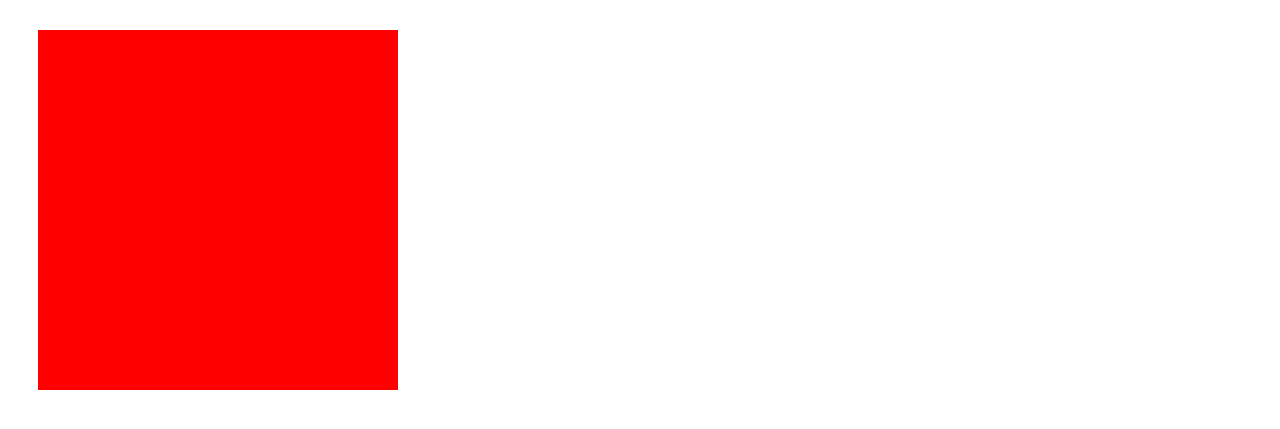
Repository: 825814/caravan2
Page: sample/sample.html
The author's editor kept a record of every edit. The page is drawn from the files as they stood at one moment, then again after the next edit.
The browser window is 1280 px wide. The pictures show the whole page.

Above is the page before.

### sample/sample.html
<!DOCTYPE HTML>
<html lang="ja">
  <head>
    <meta charset="UTF-8" />
    <title>Box</title>
    <link rel="stylesheet" href="box.css" />
  </head>

  <body>
   <div class="box1"></div>

  </body>
</html>

### box/box.css
.box1 {
  height: 300px;
  width: 300px;
  background-color: red;
  margin: 30px;
  padding: 30px;


}

.box2 {
  height: 100px;
  width: 100px;
  background-color: blue;
  border: 5px solid yellow;
  }

After the next edit:
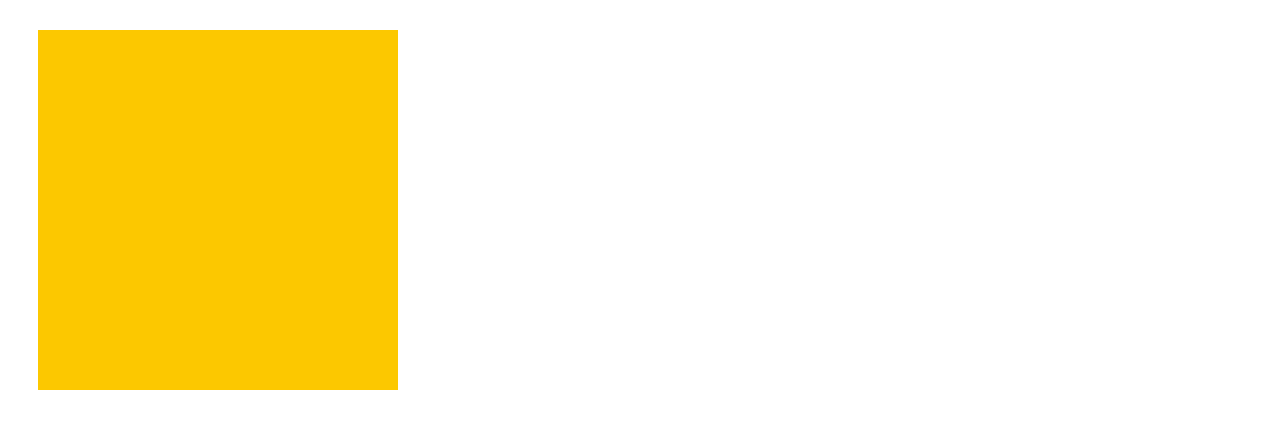
The edit:
--- a/box/box.css
+++ b/box/box.css
@@ -1,7 +1,7 @@
 .box1 {
   height: 300px;
   width: 300px;
-  background-color: red;
+  background-color: #fcc800;
   margin: 30px;
   padding: 30px;
 
